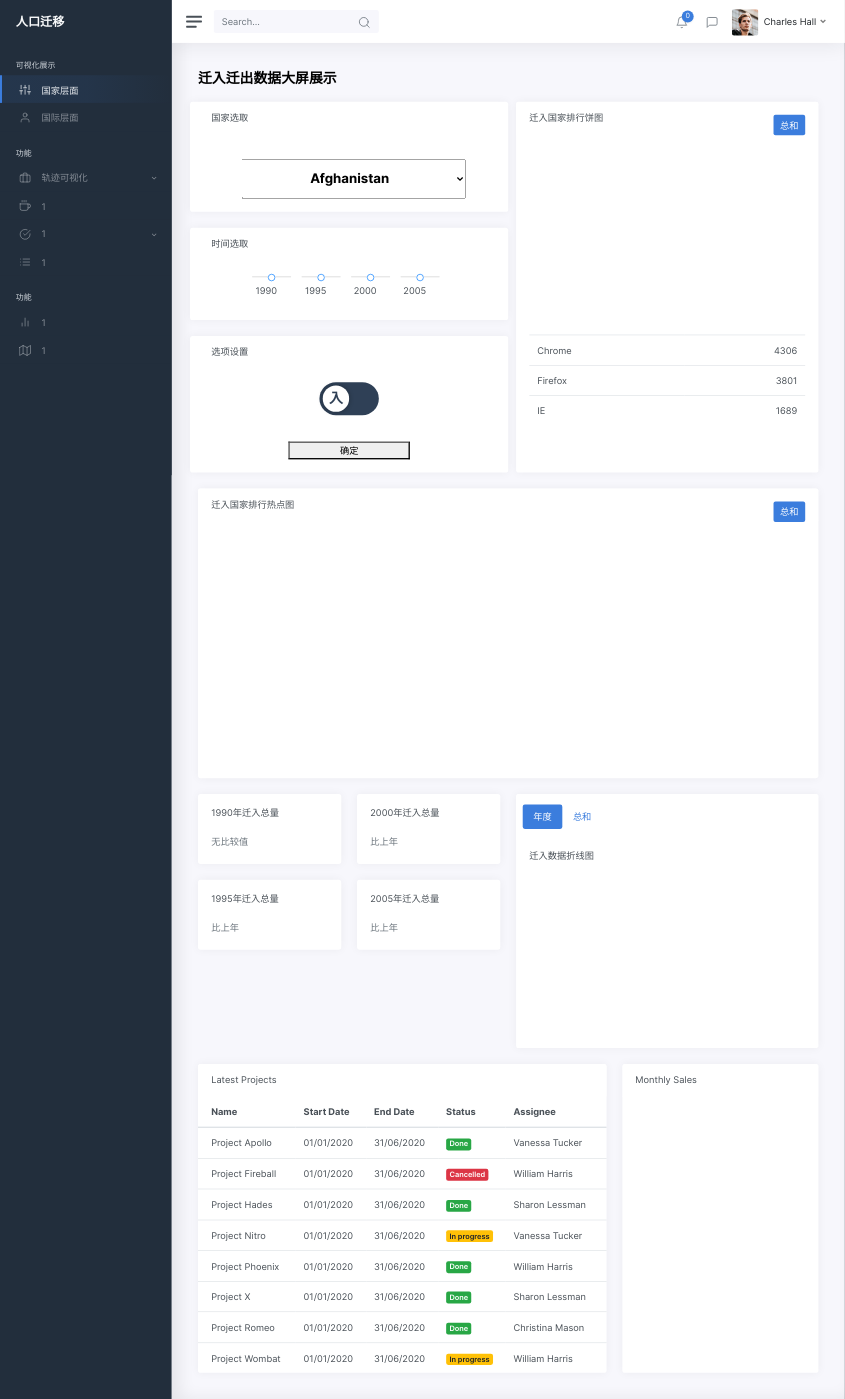
Repository: yuwei0922/WHURS-WGIS
Page: final_project/index.html
These files come from the project's save history. The page is drawn as it stood at one moment and after the next save; the edit follows.
The browser window is 1280 px wide. The pictures show the whole page, at 66% of full size.
Some icons come from a web library that is not loaded, so they are not drawn. Some web libraries are served in a nearby version.

Above is the page before, as saved 2022-12-25 22:37:04.
Not found: final_project/js/vendor.js

After the next save:
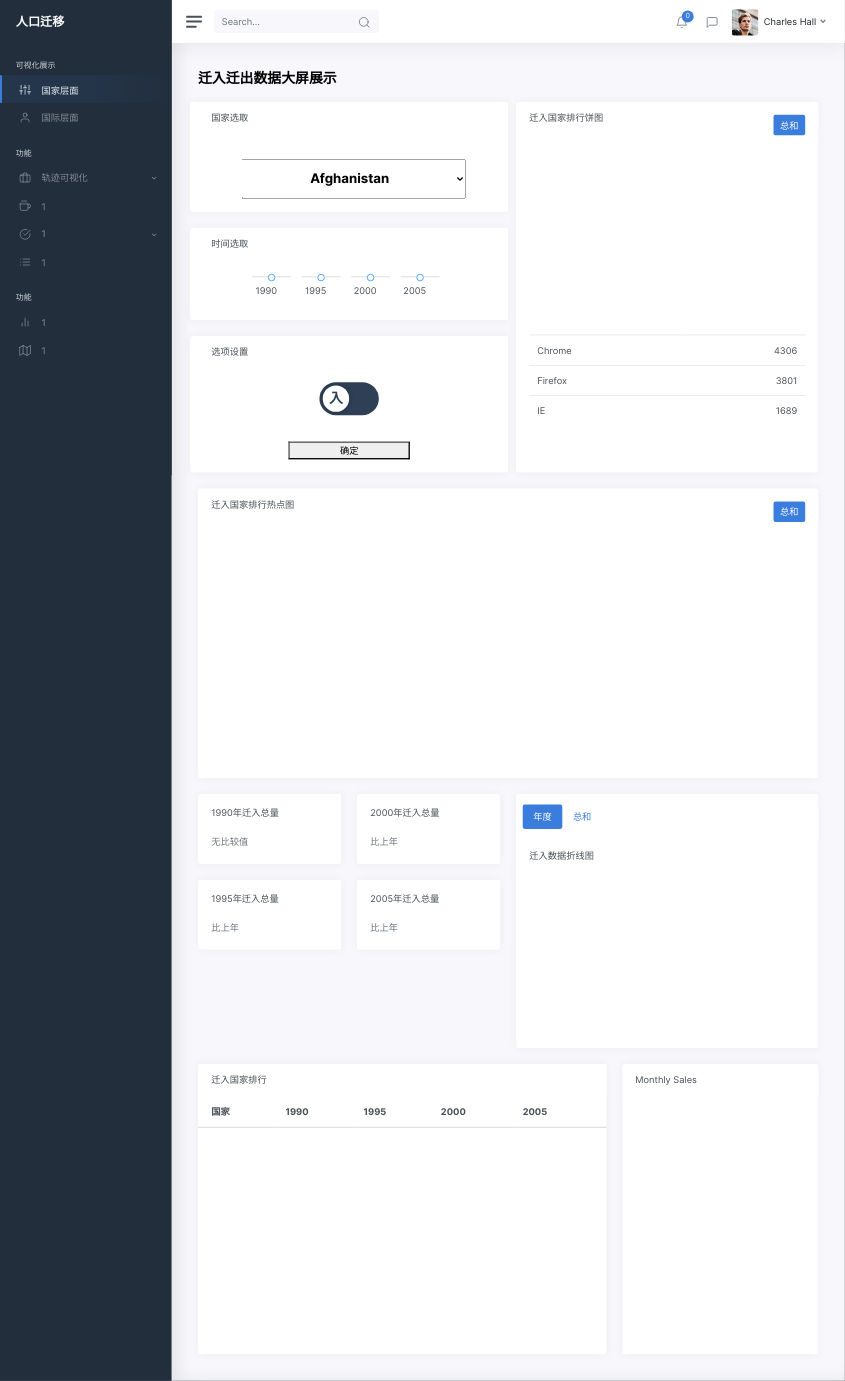
Saved 87 s later.
--- a/final_project/index.html
+++ b/final_project/index.html
@@ -489,76 +489,20 @@
 					<div class="col-12 col-lg-8 col-xxl-9 d-flex">
 						<div class="card flex-fill">
 							<div class="card-header">
-
-								<h5 class="card-title mb-0">Latest Projects</h5>
+								<h5 class="card-title mb-0 startitle">迁入国家排行</h5>
 							</div>
 							<table class="table table-hover my-0">
 								<thead>
 									<tr>
-										<th>Name</th>
-										<th class="d-none d-xl-table-cell">Start Date</th>
-										<th class="d-none d-xl-table-cell">End Date</th>
-										<th>Status</th>
-										<th class="d-none d-md-table-cell">Assignee</th>
+										<th>国家</th>
+										<th class="d-none d-xl-table-cell">1990</th>
+										<th class="d-none d-xl-table-cell">1995</th>
+										<th class="d-none d-xl-table-cell">2000</th>
+										<th class="d-none d-md-table-cell">2005</th>
 									</tr>
 								</thead>
 								<tbody>
-									<tr>
-										<td>Project Apollo</td>
-										<td class="d-none d-xl-table-cell">01/01/2020</td>
-										<td class="d-none d-xl-table-cell">31/06/2020</td>
-										<td><span class="badge badge-success">Done</span></td>
-										<td class="d-none d-md-table-cell">Vanessa Tucker</td>
-									</tr>
-									<tr>
-										<td>Project Fireball</td>
-										<td class="d-none d-xl-table-cell">01/01/2020</td>
-										<td class="d-none d-xl-table-cell">31/06/2020</td>
-										<td><span class="badge badge-danger">Cancelled</span></td>
-										<td class="d-none d-md-table-cell">William Harris</td>
-									</tr>
-									<tr>
-										<td>Project Hades</td>
-										<td class="d-none d-xl-table-cell">01/01/2020</td>
-										<td class="d-none d-xl-table-cell">31/06/2020</td>
-										<td><span class="badge badge-success">Done</span></td>
-										<td class="d-none d-md-table-cell">Sharon Lessman</td>
-									</tr>
-									<tr>
-										<td>Project Nitro</td>
-										<td class="d-none d-xl-table-cell">01/01/2020</td>
-										<td class="d-none d-xl-table-cell">31/06/2020</td>
-										<td><span class="badge badge-warning">In progress</span></td>
-										<td class="d-none d-md-table-cell">Vanessa Tucker</td>
-									</tr>
-									<tr>
-										<td>Project Phoenix</td>
-										<td class="d-none d-xl-table-cell">01/01/2020</td>
-										<td class="d-none d-xl-table-cell">31/06/2020</td>
-										<td><span class="badge badge-success">Done</span></td>
-										<td class="d-none d-md-table-cell">William Harris</td>
-									</tr>
-									<tr>
-										<td>Project X</td>
-										<td class="d-none d-xl-table-cell">01/01/2020</td>
-										<td class="d-none d-xl-table-cell">31/06/2020</td>
-										<td><span class="badge badge-success">Done</span></td>
-										<td class="d-none d-md-table-cell">Sharon Lessman</td>
-									</tr>
-									<tr>
-										<td>Project Romeo</td>
-										<td class="d-none d-xl-table-cell">01/01/2020</td>
-										<td class="d-none d-xl-table-cell">31/06/2020</td>
-										<td><span class="badge badge-success">Done</span></td>
-										<td class="d-none d-md-table-cell">Christina Mason</td>
-									</tr>
-									<tr>
-										<td>Project Wombat</td>
-										<td class="d-none d-xl-table-cell">01/01/2020</td>
-										<td class="d-none d-xl-table-cell">31/06/2020</td>
-										<td><span class="badge badge-warning">In progress</span></td>
-										<td class="d-none d-md-table-cell">William Harris</td>
-									</tr>
+
 								</tbody>
 							</table>
 						</div>
